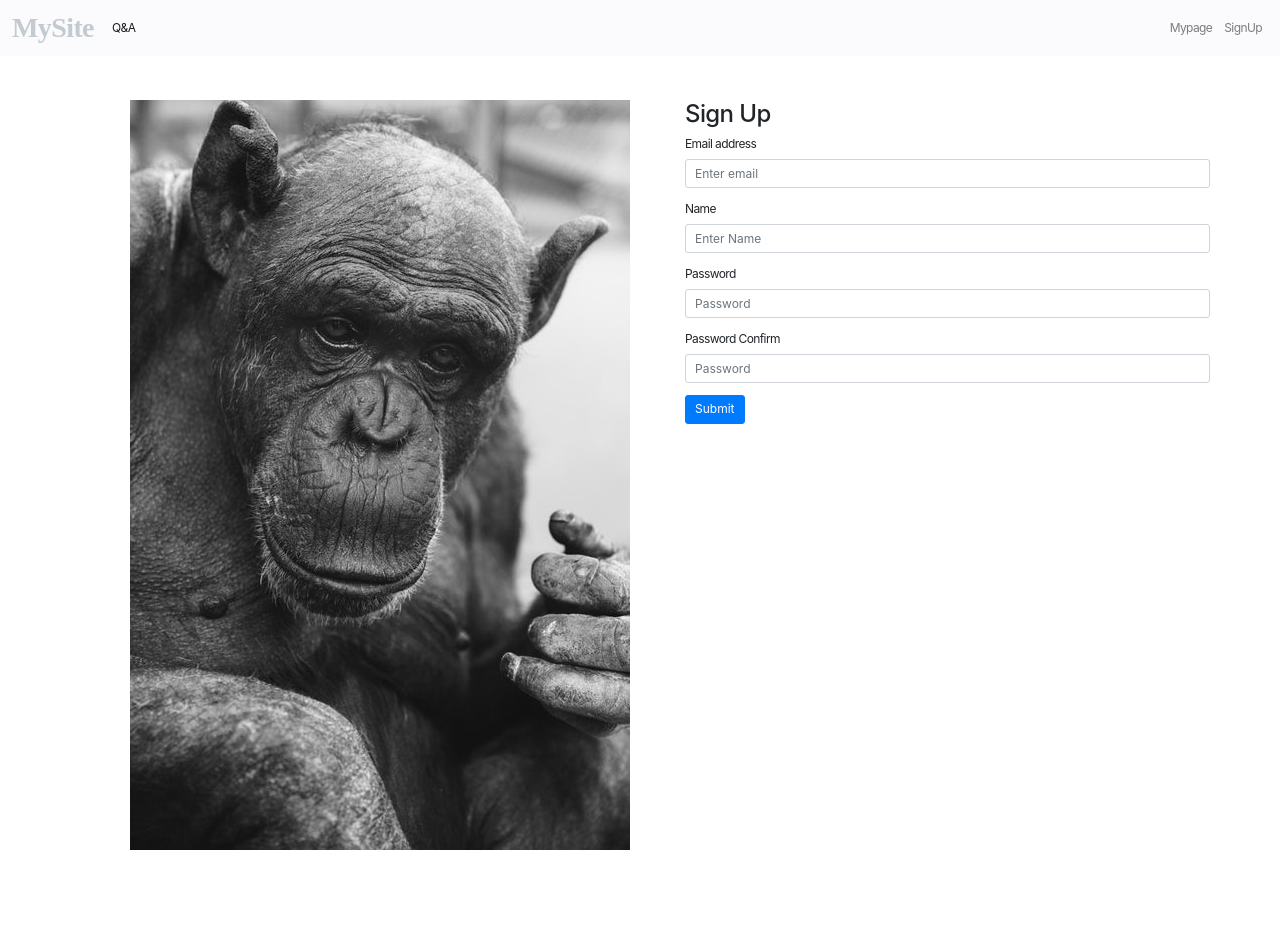
Repository: JungSWon/Project
Page: http://localhost/signup
The author's editor kept a record of every edit. The page is drawn from the files as they stood at one moment, then again after the next edit.
The browser window is 1280 px wide. The pictures show the whole page.
Some web fonts or font styles are not loaded; a fallback is used. The page is served by the project's application, run on Django 2.2 (pj05/manage.py).

Above is the page before.

After the next edit:
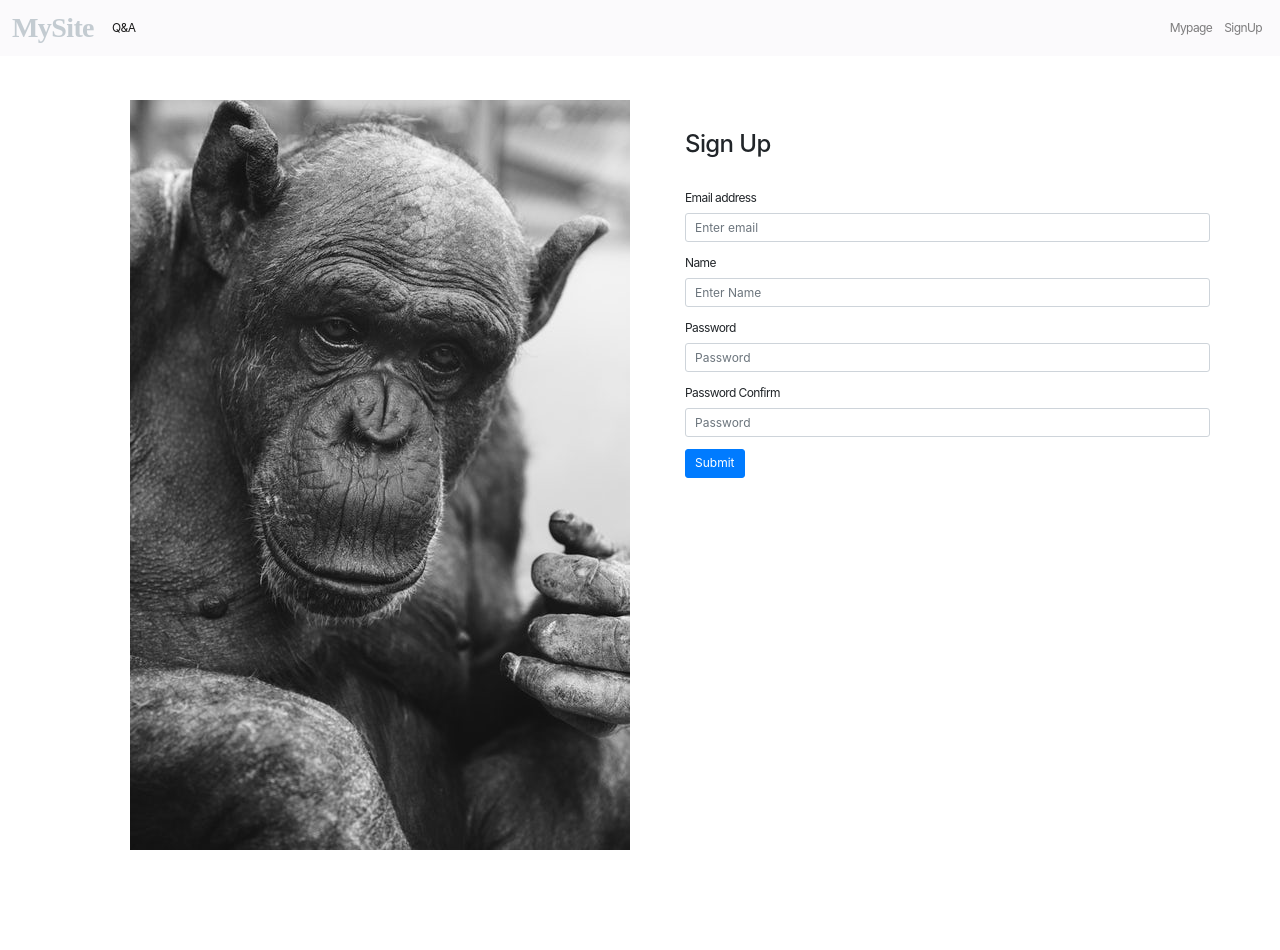
The edit:
--- a/05_detail/pj05/detail/templates/signup.html
+++ b/05_detail/pj05/detail/templates/signup.html
@@ -14,7 +14,7 @@
                 <img src="../static/assets/signup.jpg" alt="">
             </div>
             <div class="submit_form col-6">
-                <h2>Sign Up</h2>
+                <h2 class='signup-t'>Sign Up</h2>
                 <form>
                     <div class="form-group">
                          <label for="exampleInputEmail1">Email address</label>
